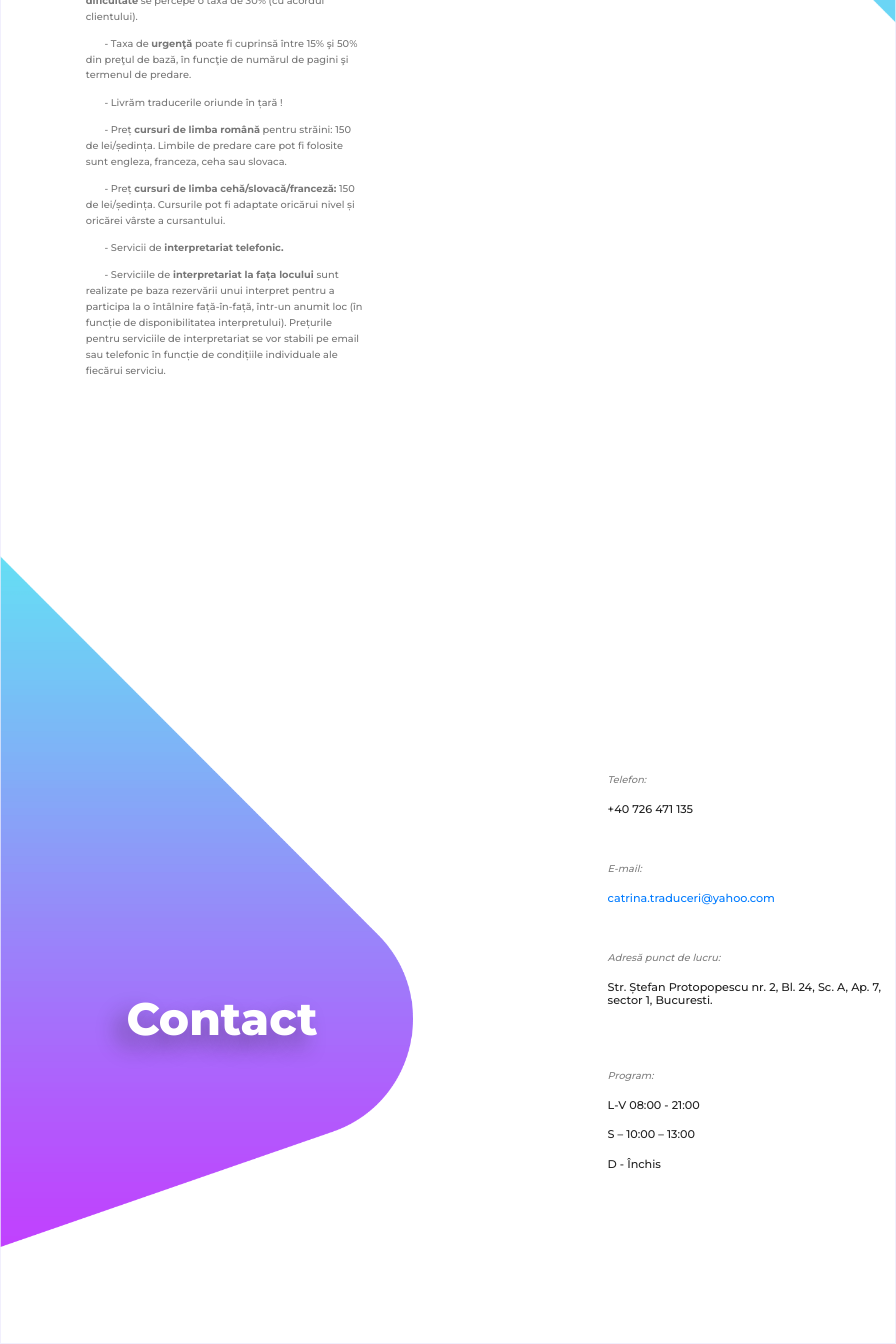
Repository: roscaImarius/site_traduceri
Page: index.html
An editor plug-in stored every save of this project. The page is shown before and after the next save, followed by the edit.
The browser window is 1280 px wide. The pictures show the part of the page from y = 4490 to 6410 px (the page is 6410 px tall), at 70% of full size.

Above is the page before, as saved 2022-03-22 03:51:48.

After the next save:
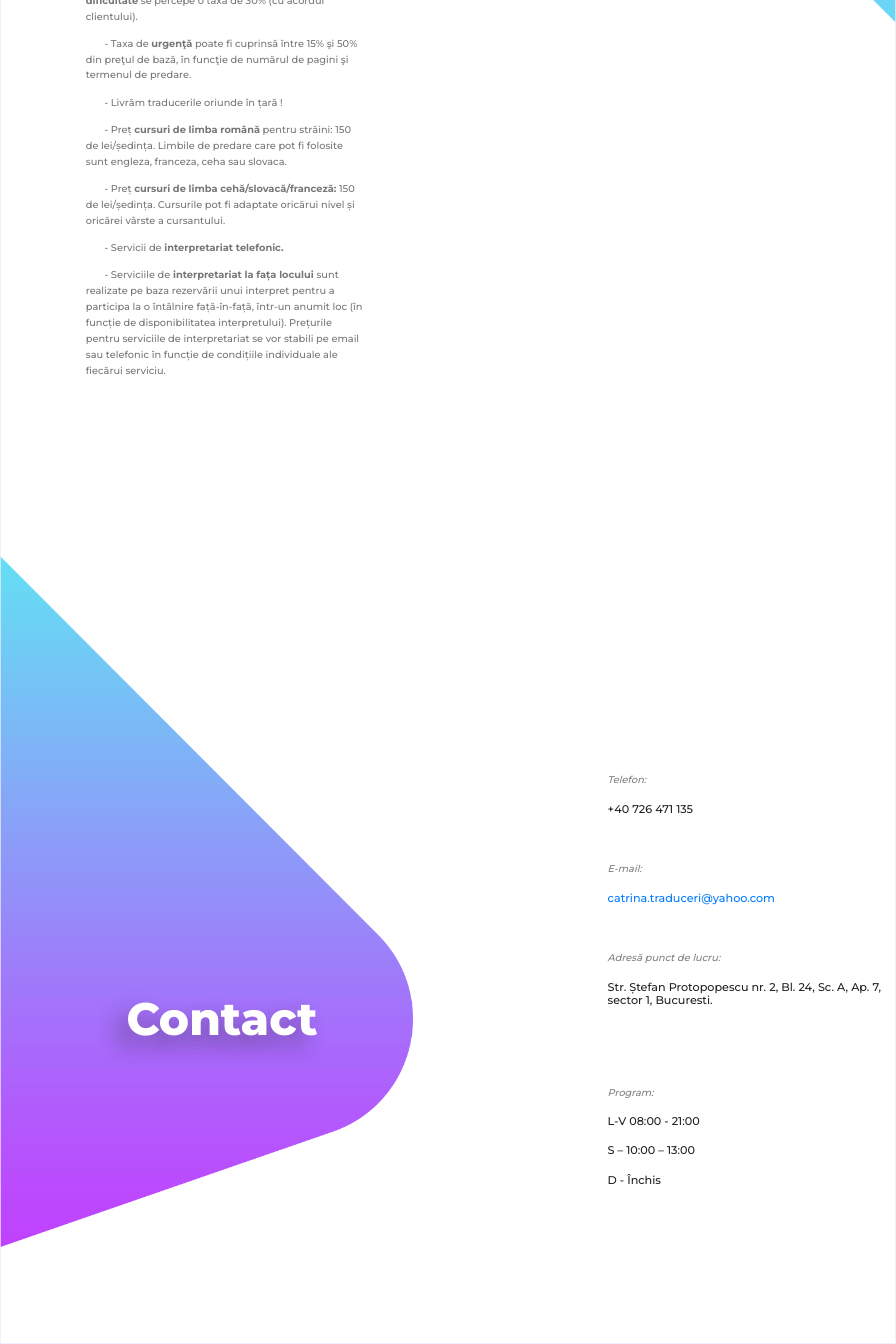
Saved 37 s later.
--- a/index.html
+++ b/index.html
@@ -358,11 +358,7 @@
               Str. Ștefan Protopopescu nr. 2, Bl. 24, Sc. A, Ap. 7, sector 1, Bucuresti.
               </h5>
 
-              <br>
-              <br>
-              <br>
-
-              <br>
+              <br>              <br>              <br>            <br>              <br>
               <h6><i>Program:</i></h6>
               <br>
               <h5>L-V 08:00 - 21:00 </h5><br>
